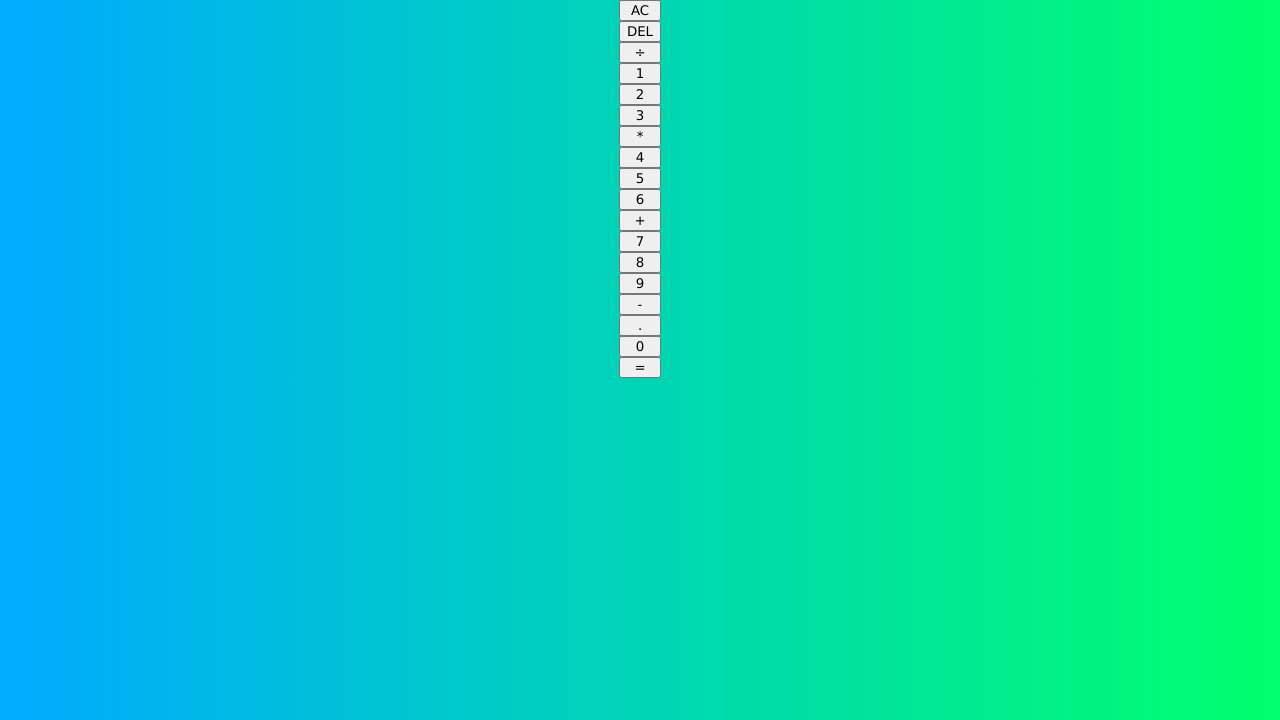
Repository: devkthines/js-calculator
Page: index.html
These files come from the project's save history. The page is drawn as it stood at one moment and after the next save; the edit follows.
The browser window is 1280 px wide. The pictures show the whole page.

Above is the page before, as saved 2023-12-18 21:47:23.

After the next save:
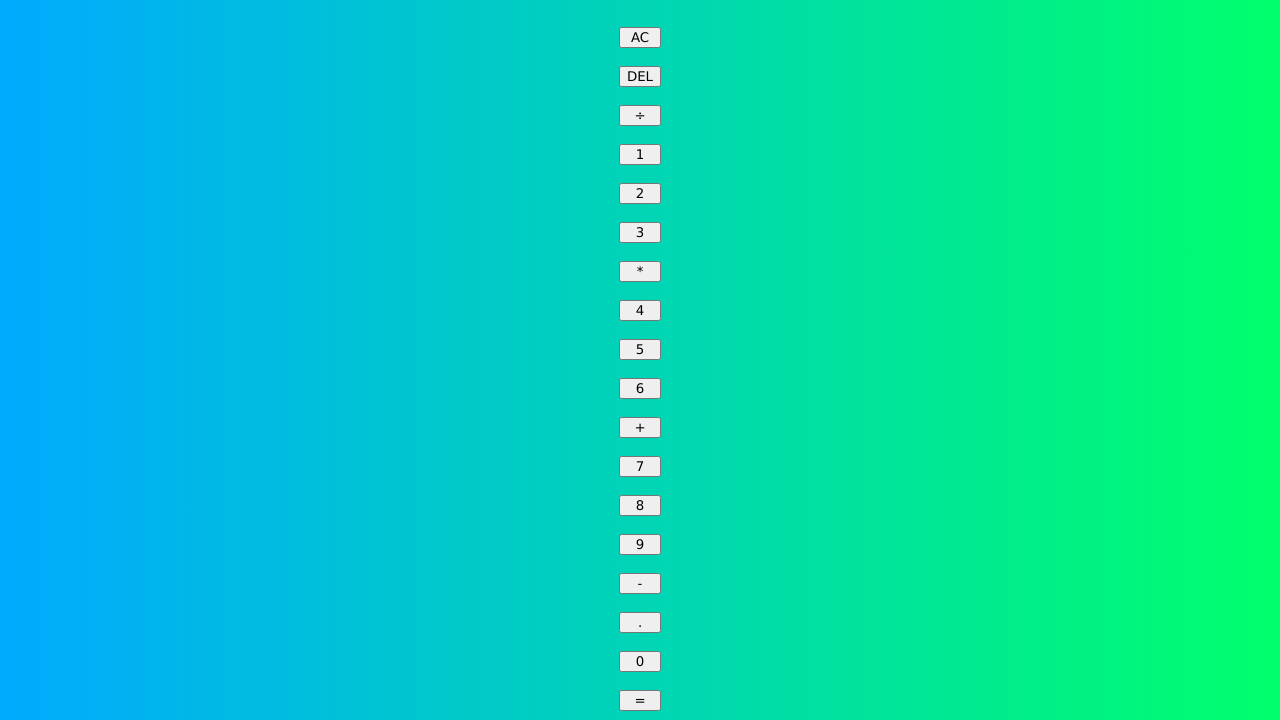
Saved 4 s later.
--- a/styles.css
+++ b/styles.css
@@ -16,5 +16,5 @@ body{
     display: grid;
     justify-content: center;
     align-items: center;
-    min
+    min-height: 100vh;
 }
